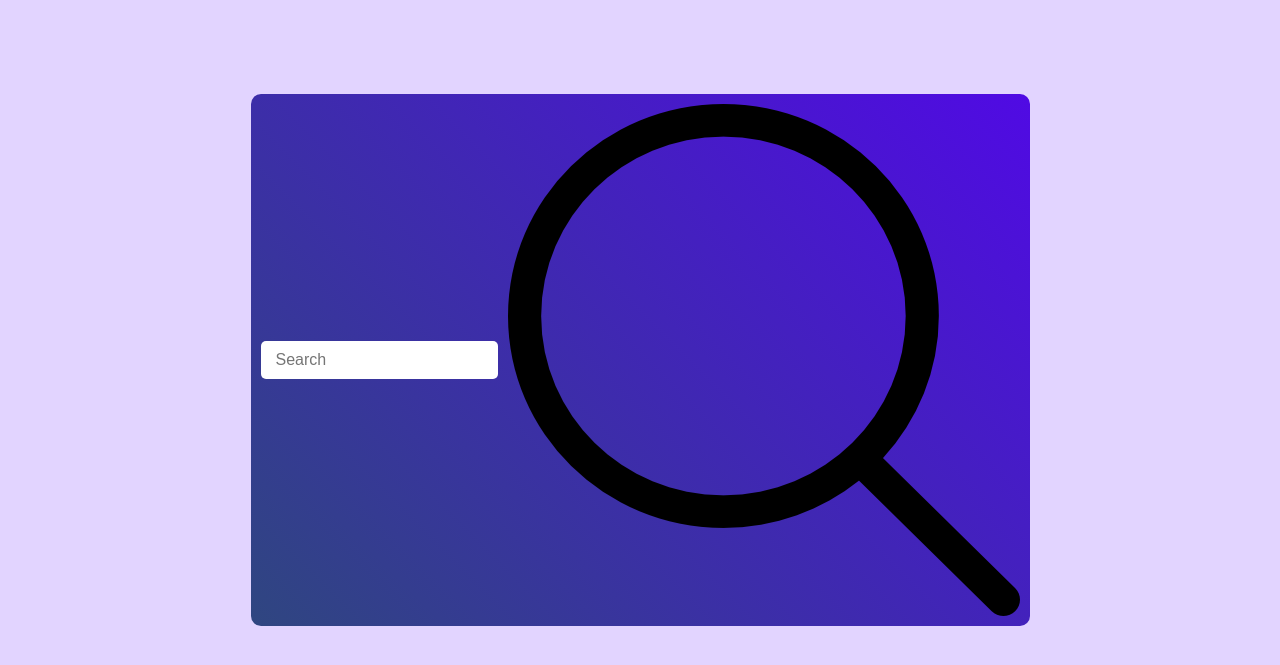
Repository: wakoya-tech/wheather-app
Page: /
The author's editor kept a copy of each file at every save. The page is drawn from the files as they stood at one save, then again after the next save.
The browser window is 1280 px wide. The pictures show the whole page.
The project was rebuilt for these pictures with package versions that can differ from the ones it lists, and the page was loaded fresh each time. Also part of the build but not shown: vite.config.js, src/App.css.

Above is the page before, as saved 2025-10-18 00:15:49.

### index.html
<!DOCTYPE html>
<html lang="en">
  <head>
    <meta charset="UTF-8" />
    <link rel="icon" type="image/svg+xml" href="/vite.svg" />
    <meta name="viewport" content="width=device-width, initial-scale=1.0" />
    <title>Weather App - wakoCode</title>
  </head>
  <body>
    <div id="root"></div>
    <script type="module" src="/src/main.jsx"></script>
  </body>
</html>

### src/App.jsx
import { useState } from 'react'
import Weather from './Components/Weather'

import './App.css'

function App() {
 return(
 <div className='App'>

<Weather/>

 </div>

 )

}

export default App

### src/index.css

*{
    margin: 0;
    padding: 0;
    box-sizing: border-box;
    font-family: "poppins",sans-serif;
}
.App {
    min-height: 100vh;
    display: grid;
    background: #e2d4ff;
}

### src/Components/Weather.jsx
import React from 'react';
import './Weather.css';
import search_icon from '../assets/Search.png';

function Weather() {
  return (
    <div className='weather'>
      <div className="search-bar">
        <input type="text" placeholder='Search' />
        <img className='img' src={search_icon} alt="Search" />
      </div>
    </div>
  );
}

export default Weather;

### src/Components/Weather.css
.weather{
place-self: center;
padding: 10px;
border-radius: 10px;
background-image: linear-gradient(45deg,#2f4680,#500ae4);
display: flex;
flex-direction: column;
align-items: center;
}
.search-bar{
    display: flex;
    align-items: center;
    gap: 10px;
}
.search-bar input{
    padding: 10px 15px;
    font-size: 16px;
    border-radius: 5px;
    border: none;
    outline: none;
    flex: 1;
}
.search-bar .img{
    height: 10%;
}

Loaded but not shown: src/main.jsx (common file)

After the next save:
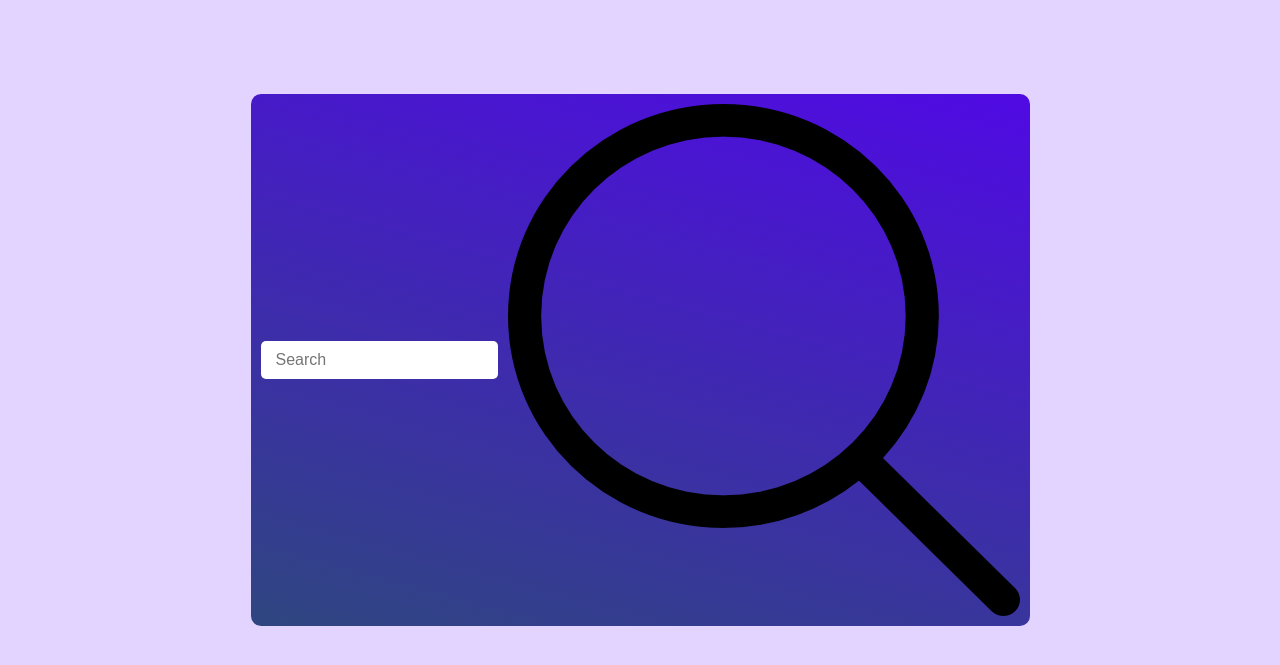
Saved 15 s later.
--- a/src/Components/Weather.css
+++ b/src/Components/Weather.css
@@ -2,7 +2,7 @@
 place-self: center;
 padding: 10px;
 border-radius: 10px;
-background-image: linear-gradient(45deg,#2f4680,#500ae4);
+background-image: linear-gradient(15deg,#2f4680,#500ae4);
 display: flex;
 flex-direction: column;
 align-items: center;

After the save that followed:
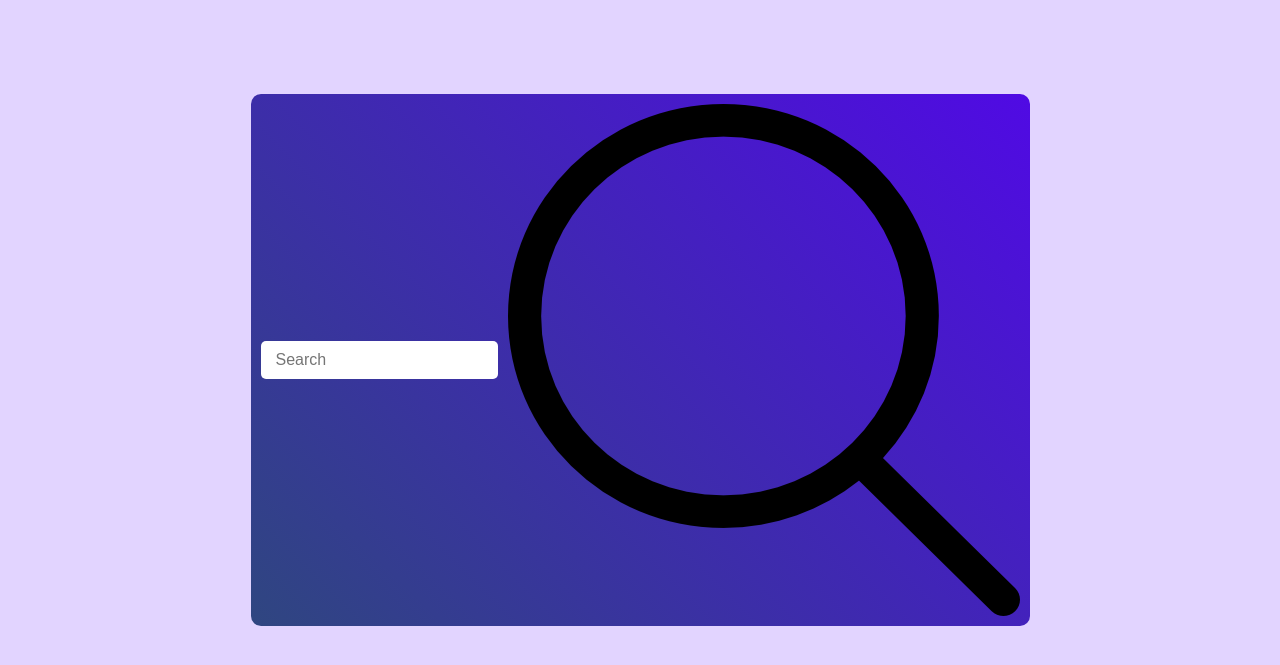
Saved 9 s later.
--- a/src/Components/Weather.css
+++ b/src/Components/Weather.css
@@ -2,7 +2,7 @@
 place-self: center;
 padding: 10px;
 border-radius: 10px;
-background-image: linear-gradient(15deg,#2f4680,#500ae4);
+background-image: linear-gradient(45deg,#2f4680,#500ae4);
 display: flex;
 flex-direction: column;
 align-items: center;
